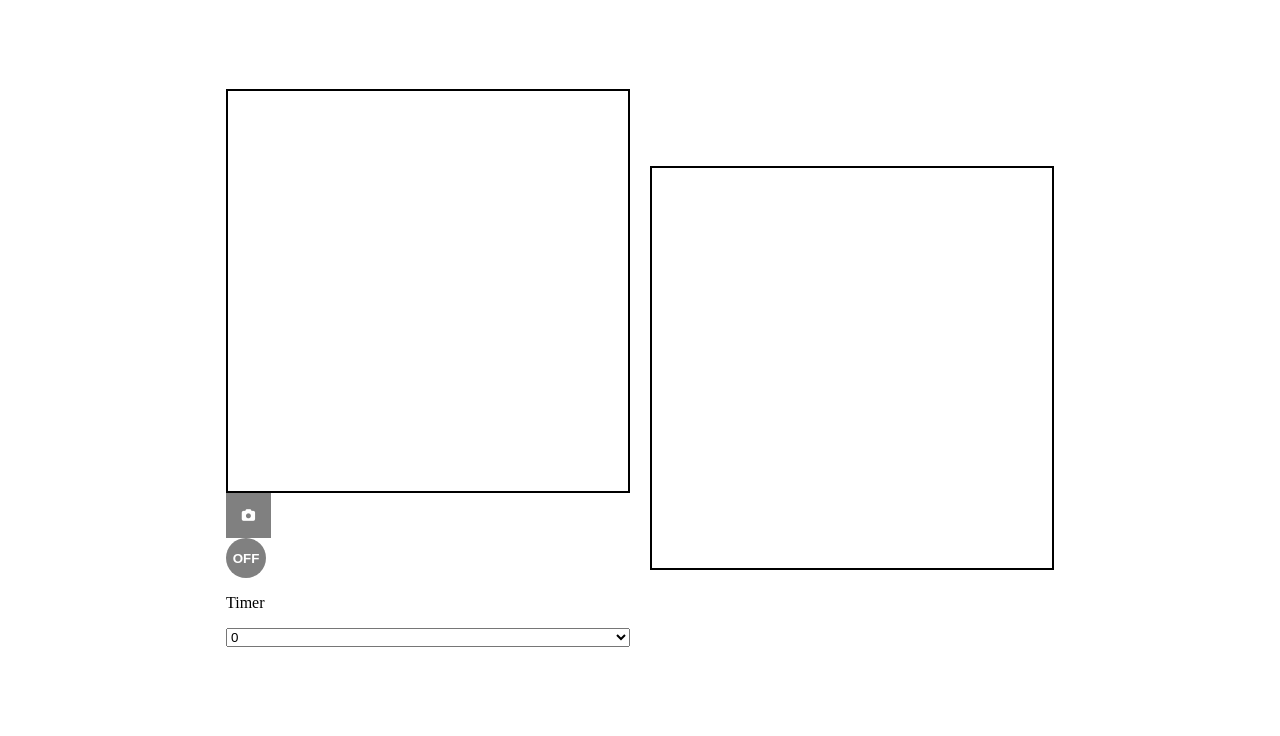
Repository: dmpelaez/photoBoothy
Page: Photobooth.html
An editor plug-in stored every save of this project. The page is shown before and after the next save, followed by the edit.
The browser window is 1280 px wide. The pictures show the whole page.
Some web libraries are served in a nearby version.

Above is the page before, as saved 2025-12-16 23:12:16.

After the next save:
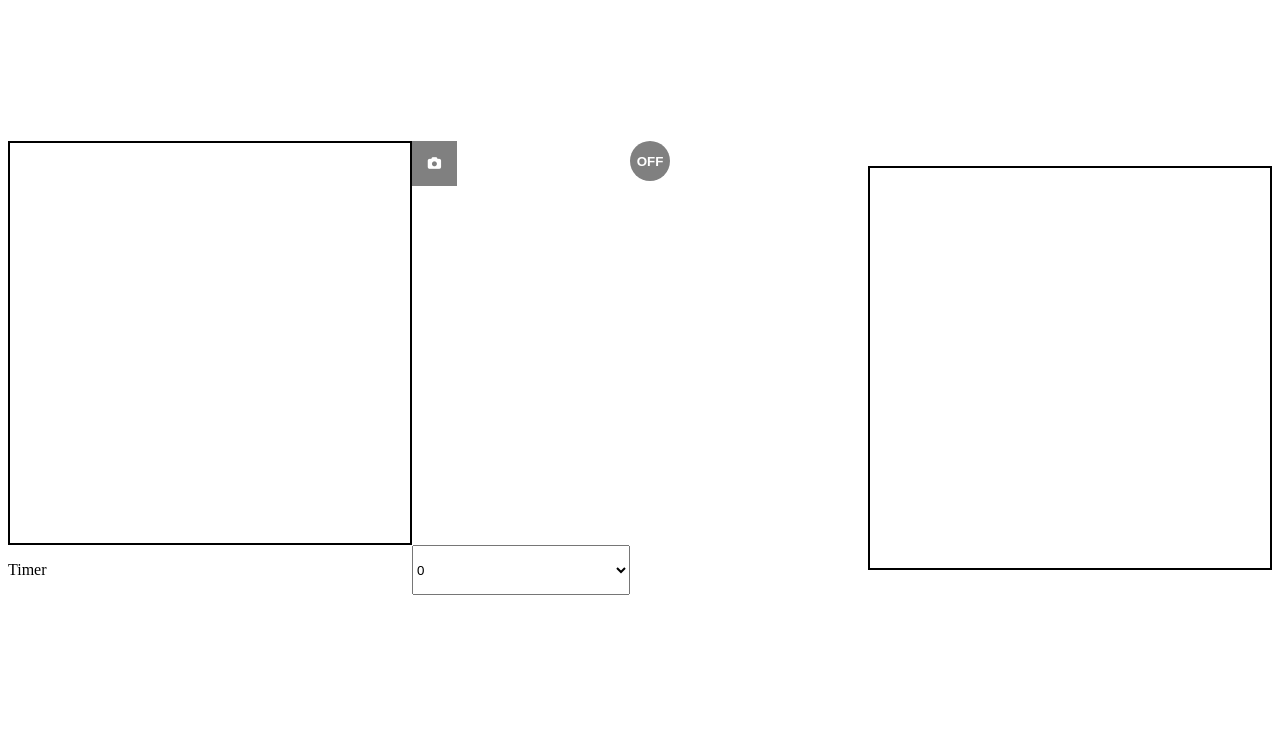
Saved 21 s later.
--- a/Photobooth.css
+++ b/Photobooth.css
@@ -9,7 +9,7 @@ body {
 
 .container {
   display: grid;
-  line-gap-override: 1fr 1fr 1fr;
+  grid-template-columns: 1fr 1fr 1fr;
 }
 #video,
 #canvas-image {
